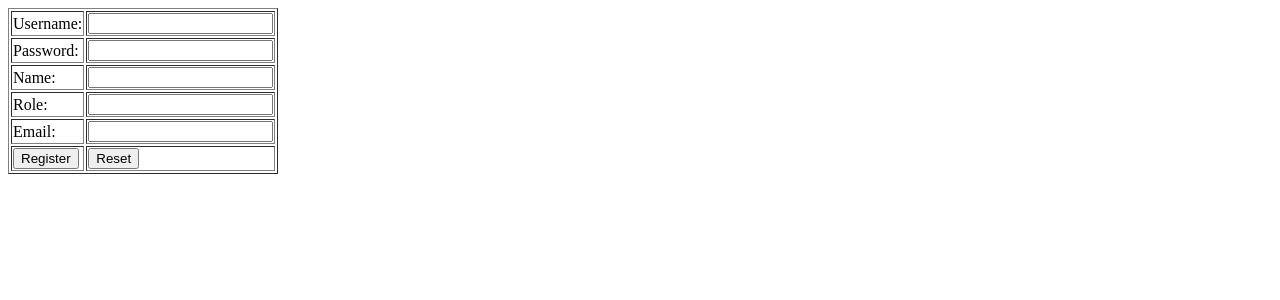
Repository: folasm87/eclipse_workspace
Page: http://localhost/J-Project/register.jsp
An editor plug-in stored every save of this project. The page is shown before and after the next save, followed by the edit.
The browser window is 1280 px wide. The pictures show the whole page.
The page is served by Tomcat 9.

Above is the page before, as saved 2014-08-20 19:19:58.

After the next save:
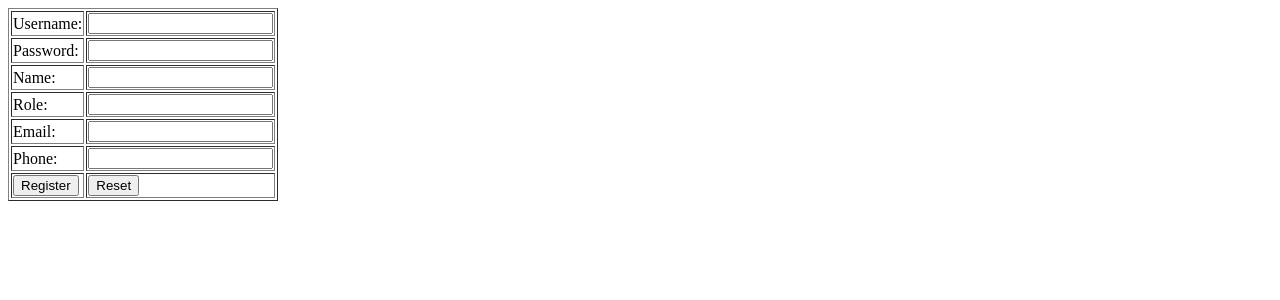
Saved 20 s later.
--- a/eHRMS_Project/J-Project/WebContent/register.jsp
+++ b/eHRMS_Project/J-Project/WebContent/register.jsp
@@ -32,6 +32,10 @@
 				<td><input type="text" name="email"></td>
 			</tr>
 			<tr>
+				<td>Phone:</td>
+				<td><input type="text" name="phone"></td>
+			</tr>
+			<tr>
 				<td><input type="submit" value="Register"></td>
 				<td><input type="reset" name="Clear"></td>
 			</tr>
